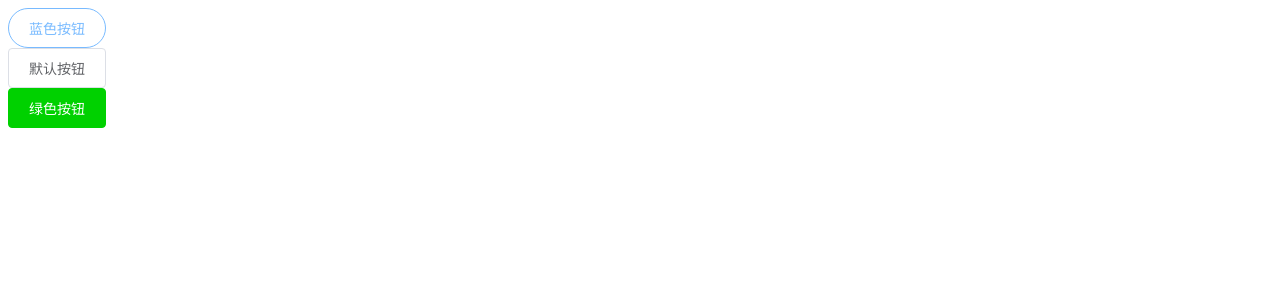
Repository: Cherry-pan/component-packing
Page: /
The author's editor kept a copy of each file at every save. The page is drawn from the files as they stood at one save, then again after the next save.
The browser window is 1280 px wide. The pictures show the whole page.
The project was rebuilt for these pictures with package versions that can differ from the ones it lists, and the page was loaded fresh each time. Also part of the build but not shown: vue.config.js.

Above is the page before, as saved 2022-04-30 14:14:27.

After the next save:
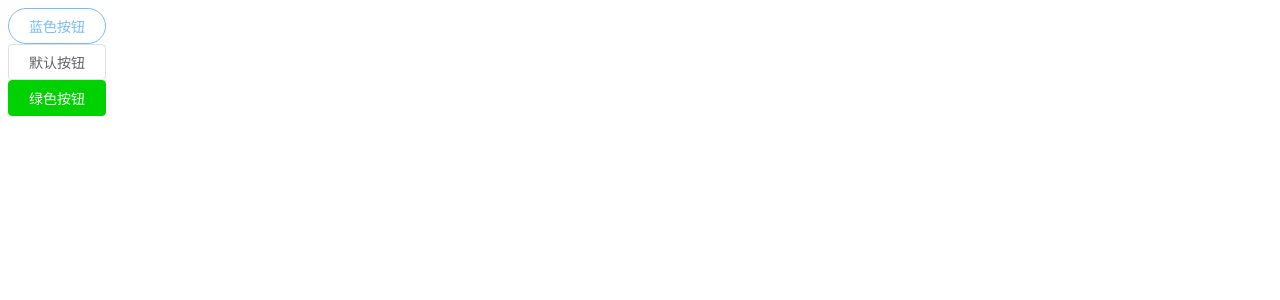
Saved 5 min 5 s later.
--- a/src/components/button/Button.vue
+++ b/src/components/button/Button.vue
@@ -1,6 +1,6 @@
 <template>
   <div>
-    <button :class="[theme, isBorder, isRound]" :disabled="disabled" class="a-button">
+    <button :class="[theme, isBorder, isRound]" :disabled="disabled" class="a-button a-button-medium">
       <slot></slot>
     </button>
   </div>
@@ -106,4 +106,15 @@ export default {
 .is-round {
   border-radius: 100px;
 }
+// 尺寸
+.a-button-medium{
+    height: 36px;
+    line-height: 36px;
+}
+.a-button-small{
+
+}
+.a-button-mini{
+
+}
 </style>
